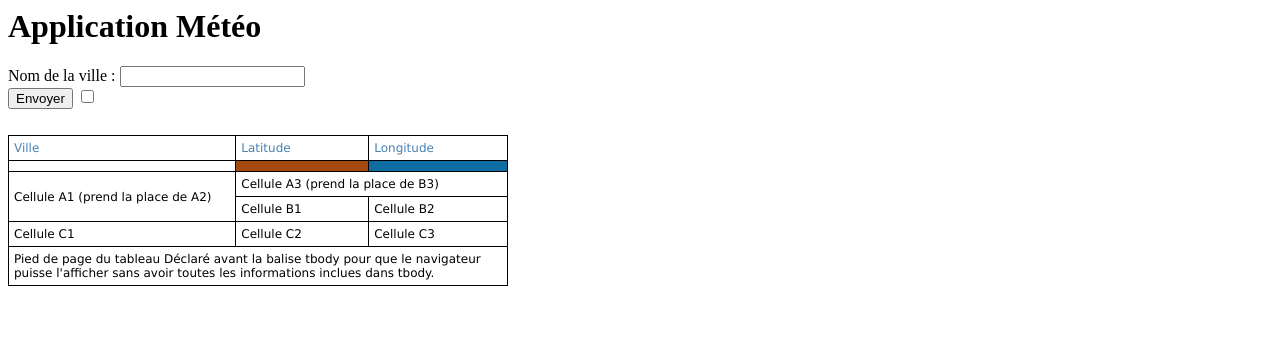
Repository: IFATech-Metz/dev-log-4
Page: projet.html
An editor plug-in stored every save of this project. The page is shown before and after the next save, followed by the edit.
The browser window is 1280 px wide. The pictures show the whole page.
The page's requests for data from a server got no answer.

Above is the page before, as saved 2019-01-21 21:07:03.

### projet.html
<html>
    <head>
        <title>Météo du jour</title>
        <script src="meteo.js"></script>
        <link rel="stylesheet" type="text/css" href="style.css">
    </head>
    <body onload="init_page()">
        <h1>Application M&eacute;t&eacute;o</h1>
        <p>
            Nom de la ville :
            <input type="text" id="ville" value=""><br>

            <button type="button" onclick="get_temperature()">Envoyer</button>
            <input type="checkbox" id="url_visibility">

        </p>

       <div id="url">
       </div>

        <div id="meteo">
        </div>
        <table rules="all" cellpadding="5px" style="width:500px; border:solid 1px black; font-family:verdana; font-size:12px;">
            <caption style="margin:5px; font-size:14px;"; id="ville"></caption>
            <thead>
               <tr style="color:steelblue;">
                  <td> Ville </td>
                  <td> Latitude </td>
                  <td> Longitude </td>
               </tr>
            </thead>
            <tfoot>
               <tr>
                  <td colspan="3">
                  Pied de page du tableau
                  Déclaré avant la balise tbody pour que le navigateur puisse l'afficher
                  sans avoir toutes les informations inclues dans tbody.
                  </td>
               </tr>
            </tfoot>
            <tbody>
                <tr>
                    <td id='ville'> </td>
                    <td id='latitude'> </td>
                    <td id='longitude'> </td>
                </tr>
                <tr>
                  <td rowspan="2">Cellule A1 (prend la place de A2)</td>
                  <td colspan="2">Cellule A3 (prend la place de B3)</td>
               </tr>
               <tr>
                  <td>Cellule B1</td>
                  <td>Cellule B2</td>
               </tr>
               <tr>
                  <td>Cellule C1</td>
                  <td>Cellule C2</td>
                  <td>Cellule C3</td>
               </tr>
            </tbody>
         </table>








        <div id="latitude">
        </div>
        <div id="longitude">
        </div>
        <div id="humidity">
        </div>
        <div id="sun_rise">
        </div>
        <div id="sun_set">
        </div>
        <div id="weather_value">
        </div>
        <div id="pressure">
        </div>
        <div id="temp_min">
        </div>
        <div id="temp_max">
        </div>
        <div id="speed">
        </div>
        <div id="direction">
        </div>
        <div id="clouds">
        </div>

        <img id="icon" src="">
    </body>
</html>

### meteo.js
var xhr = new XMLHttpRequest();

// Forme générale du lien :
// http://maps.openweathermap.org/maps/2.0/weather/TA2/{z}/{x}/{y}?
// date=1527811200&opacity=0.9&fill_bound=true&appid={api_key}

var base_url = "http://api.openweathermap.org/data/2.5/weather";
var city = "Metz";
var units = "metric";
var appid = "f5e810531af1756846022c6f387acf25";

function get_url() {
    return base_url + "?"
        + "q=" + city + "&"
        + "units=" + units + "&"
        + "appid=" + appid;

}

function init_page() {
    xhr.onreadystatechange = function() {
        if (this.readyState == 4 && this.status == 200) {

            document.getElementById("url").innerHTML = get_url();
//Temperature
            var response = JSON.parse(this.responseText);
            var temperature = response.main.temp;
//Latitude et longitude
            var latitude = response.coord.lat;
            var longitude = response.coord.lon;
//Humidité
           var humidity = response.main.humidity;
//levé et couché de soleil
            // Create a new JavaScript Date object based on the timestamp
            // multiplied by 1000 so that the argument is in milliseconds, not seconds.
        var dateL = new Date(response.sys.sunrise*1000);
        // Hours part from the timestamp
        var hoursL = dateL.getHours();
        // Minutes part from the timestamp
        var minutesL = "0" + dateL.getMinutes();
        // Seconds part from the timestamp
        var secondsL = "0" + dateL.getSeconds();

        // Will display time in 10:30:23 format
        var formattedTimeL = hoursL + ':' + minutesL.substr(-2) + ':' + secondsL.substr(-2);
            var sun_rise = formattedTimeL;

        var dateC = new Date(response.sys.sunset*1000);
        // Hours part from the timestamp
        var hoursC = dateC.getHours();
        // Minutes part from the timestamp
        var minutesC = "0" + dateC.getMinutes();
        // Seconds part from the timestamp
        var secondsC = "0" + dateC.getSeconds();

        // Will display time in 10:30:23 format
        var formattedTimeC = hoursC + ':' + minutesC.substr(-2) + ':' + secondsC.substr(-2);
        var sun_set = formattedTimeC;
// condition météo
            var weather_value = response.weather[0].main
//pression
            var pressure = response.main.pressure;
//temp_min
            var temp_min = response.main.temp_min;
//temp_max
            var temp_max = response.main.temp_max;
//wind speed
            var speed = response.wind.speed;
//wind direction
            var direction = response.wind.deg;
//clouds
            var clouds = response.clouds.all;
//Icone
            var icon = response.weather[0].icon;
            var src = "http://openweathermap.org/img/w/" + icon + ".png";


            document.getElementById("meteo").innerHTML = temperature;
            document.getElementById("latitude").innerHTML = latitude;
            document.getElementById("longitude").innerHTML = longitude;
            document.getElementById("humidity").innerHTML = humidity;
            document.getElementById("sun_rise").innerHTML = sun_rise;
            document.getElementById("sun_set").innerHTML = sun_set;
            document.getElementById("weather_value").innerHTML = weather_value;
            document.getElementById("pressure").innerHTML = pressure;
            document.getElementById("temp_min").innerHTML = temp_min;
            document.getElementById("temp_max").innerHTML = temp_max;
            document.getElementById("speed").innerHTML = speed;
            document.getElementById("direction").innerHTML = direction;
            document.getElementById("clouds").innerHTML = clouds;
            document.getElementById("icon").src = src;
        }
    }

    xhr.open("GET", get_url(), true)
    xhr.send()
}
function get_temperature() {
    city = document.getElementById("ville").value;

    xhr.onreadystatechange = function() {
        if (this.readyState == 4 && this.status == 200) {
            //TODO
            document.getElementById("url").innerHTML = get_url();

            if(document.getElementById("url_visibility").checked){
                document.getElementById("url").style.display = "block";
            }
            else{
                document.getElementById("url").style.display = "none";
            }

            var response = JSON.parse(this.responseText);
            var temperature = response.main.temp;
            var latitude = response.coord.lat;
            var longitude = response.coord.lon;
            var humidity = response.main.humidity;
            var dateL = new Date(response.sys.sunrise*1000);
            // Hours part from the timestamp
            var hoursL = dateL.getHours();
            // Minutes part from the timestamp
            var minutesL = "0" + dateL.getMinutes();
            // Seconds part from the timestamp
            var secondsL = "0" + dateL.getSeconds();

            // Will display time in 10:30:23 format
            var formattedTimeL = hoursL + ':' + minutesL.substr(-2) + ':' + secondsL.substr(-2);
            var sun_rise = formattedTimeL;

           var dateC = new Date(response.sys.sunset*1000);
            // Hours part from the timestamp
            var hoursC = dateC.getHours();
            // Minutes part from the timestamp
            var minutesC = "0" + dateC.getMinutes();
            // Seconds part from the timestamp
            var secondsC = "0" + dateC.getSeconds();

            // Will display time in 10:30:23 format
            var formattedTimeC = hoursC + ':' + minutesC.substr(-2) + ':' + secondsC.substr(-2);
            var sun_set = formattedTimeC;

            var weather_value = response.weather[0].main;
            var pressure = response.main.pressure;
            var temp_min = response.main.temp_min;
            var temp_max = response.main.temp_max;
            var speed = response.wind.speed;
            var direction = response.wind.deg;
            var clouds = response.clouds.all;

            var icon = response.weather[0].icon;
            var src = "http://openweathermap.org/img/w/" + icon + ".png";

            document.getElementById("meteo").innerHTML = temperature;
            document.getElementById("latitude").innerHTML = latitude;
            document.getElementById("longitude").innerHTML = longitude;
            document.getElementById("humidity").innerHTML = humidity;
            document.getElementById("sun_rise").innerHTML = sun_rise;
            document.getElementById("sun_set").innerHTML = sun_set;
            document.getElementById("weather_value").innerHTML = weather_value;
            document.getElementById("pressure").innerHTML = pressure;
            document.getElementById("temp_min").innerHTML = temp_min;
            document.getElementById("temp_max").innerHTML = temp_max;
            document.getElementById("speed").innerHTML = speed;
            document.getElementById("direction").innerHTML = direction;
            document.getElementById("clouds").innerHTML = clouds;

            document.getElementById("icon").src = src;
        }
    }

    xhr.open("GET", get_url(), true)
    xhr.send()
}

### style.css
#url {
    color: red;
    display: none;
}
#meteo {
    background: rgb(248, 232, 83);
    color: white;
}
#latitude {
    background: rgb(163, 75, 16);
    color: white;
}
#longitude {
    background: rgb(16, 109, 163);
    color: white;
}
#humidity {
    background: rgb(16, 109, 163);
    color: white;
}
#sun_rise {
    background: rgb(222, 236, 28);
    color: white;
}

#sun_set {
    background: rgb(236, 37, 210);
    color: white;
}
#weather_value {
    background: rgb(25, 247, 18);
    color: white;
}
#pressure {
    background: blue;
    color: white;
}
#temp_min {
    background: blue;
    color: white;
}
#temp_max {
    background: red;
    color: white;
}
#speed {
    background:green;
    color: white;
}
#direction {
    background:green;
    color: white;
}
#clouds {
    background: greenyellow;
    color: white;
}

After the next save:
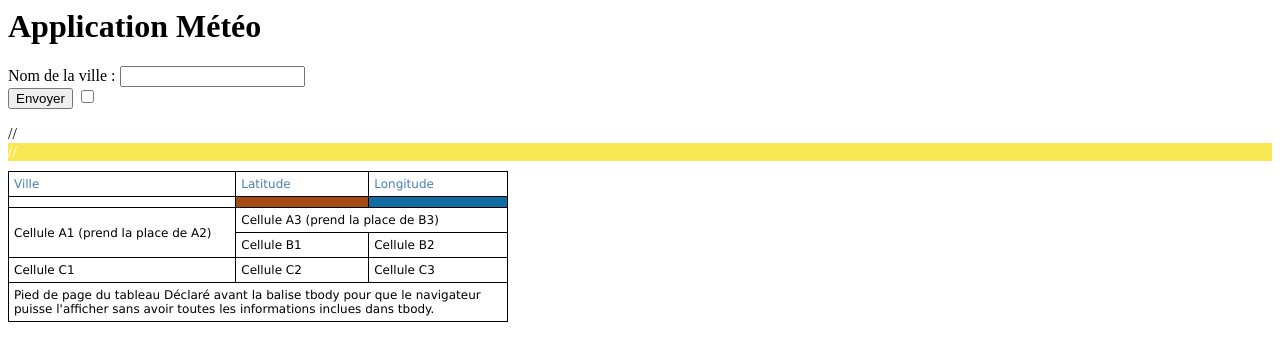
Saved 61 s later.
--- a/projet.html
+++ b/projet.html
@@ -16,10 +16,10 @@
         </p>
 
        <div id="url">
-       </div>
+      // </div>
 
-        <div id="meteo">
-        </div>
+      //  <div id="meteo">
+      //  </div>
         <table rules="all" cellpadding="5px" style="width:500px; border:solid 1px black; font-family:verdana; font-size:12px;">
             <caption style="margin:5px; font-size:14px;"; id="ville"></caption>
             <thead>
